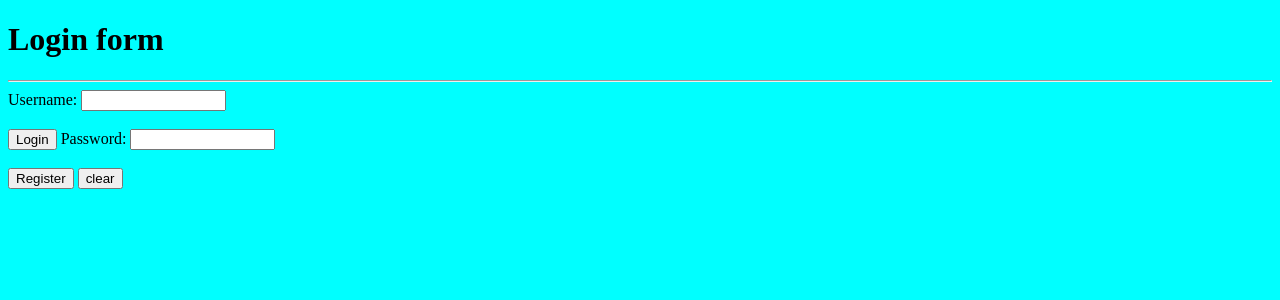
Repository: HariniBhuvana/Day8
Page: LogInApp/WebContent/LogIn.html
An editor plug-in stored every save of this project. The page is shown before and after the next save, followed by the edit.
The browser window is 1280 px wide. The pictures show the whole page.

Above is the page before, as saved 2018-09-05 12:01:25.

After the next save:
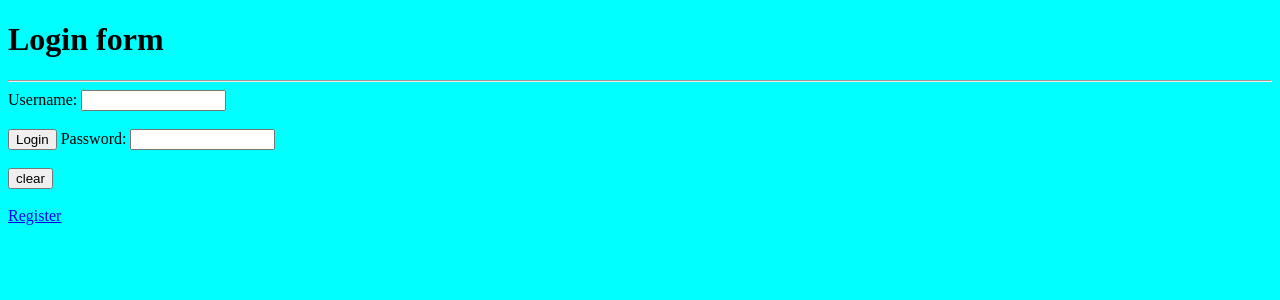
Saved 10 min 7 s later.
--- a/LogInApp/WebContent/LogIn.html
+++ b/LogInApp/WebContent/LogIn.html
@@ -15,10 +15,9 @@
 
 <label>Password:</label>
 <input type="password" name="password" size="15"/><br><br>
-<input type="submit" value="Register"/>
 <input type="reset" value="clear"/>
 <br><br>
-<a href="Regestration.html"></a>
+<a href="Regestration.html">Register</a>
 </form>
 </body>
 </html>
